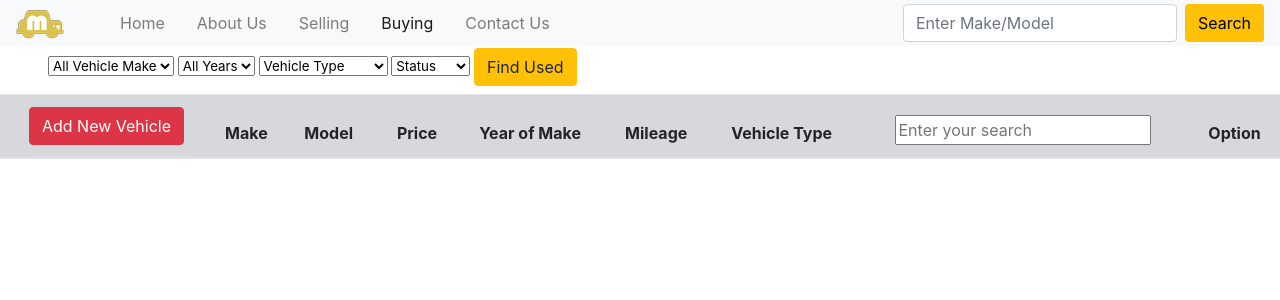
Repository: 99Ace/Project3-car-listing
Page: http://localhost/
The author's editor kept a record of every edit. The page is drawn from the files as they stood at one moment, then again after the next edit.
The browser window is 1280 px wide. The pictures show the whole page.
Some web libraries are served in a nearby version. The page is served by the project's application, run on Flask 3 (app.py). Queries for data that is not in the repository find no rows.

Above is the page before.

After the next edit:
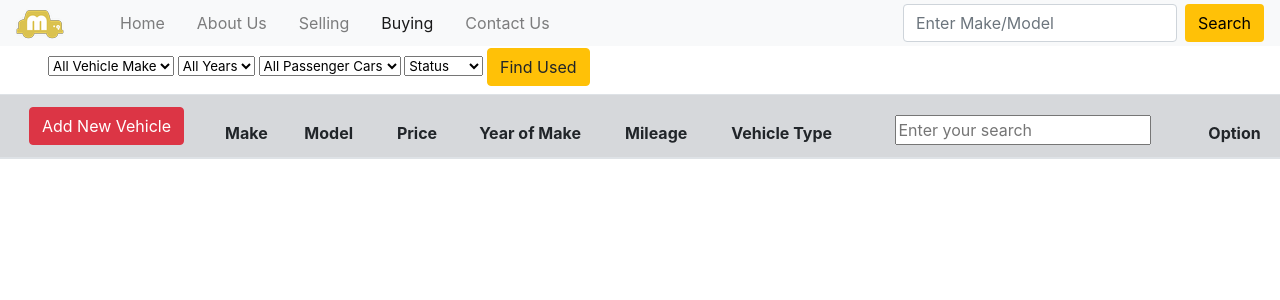
The edit:
--- a/templates/index.html
+++ b/templates/index.html
@@ -89,15 +89,15 @@
                         </select>
             <!--To allow user to select his choice of type of cars to view -->
             <select name="search-car-type">
-                          <option value="all">Vehicle Type</option>
-                          <option value="Hybrid Car">Hybrid Car</option>
-                          <option value="Hatchback">Hatchback</option>
-                          <option value="Luxury Sedan">Luxury Sedan</option>
-                          <option value="MPV">MPV</option>
-                          <option value="Mid-sized Sedan">Mid-sized Sedan</option>
-                          <option value="Sports">Sports</option>
-                          <option value="Stationwagon">Stationwagon</option>
-                          <option value="SUV">SUV</option>
+                          <option value="all"> All Passenger Cars</option>
+                          <option value="Hybrid Car"> Hybrid Car</option>
+                          <option value="Hatchback"> Hatchback</option>
+                          <option value="Luxury Sedan"> Luxury Sedan</option>
+                          <option value="MPV"> MPV</option>
+                          <option value="Mid-sized Sedan"> Mid-sized Sedan</option>
+                          <option value="Sports"> Sports</option>
+                          <option value="Stationwagon"> Stationwagon</option>
+                          <option value="SUV"> SUV</option>
                         </select>
             <!--To allow user to select to view Sold vehicle listing or Available vehicle listing or all listings-->
             <select name='availability'>
